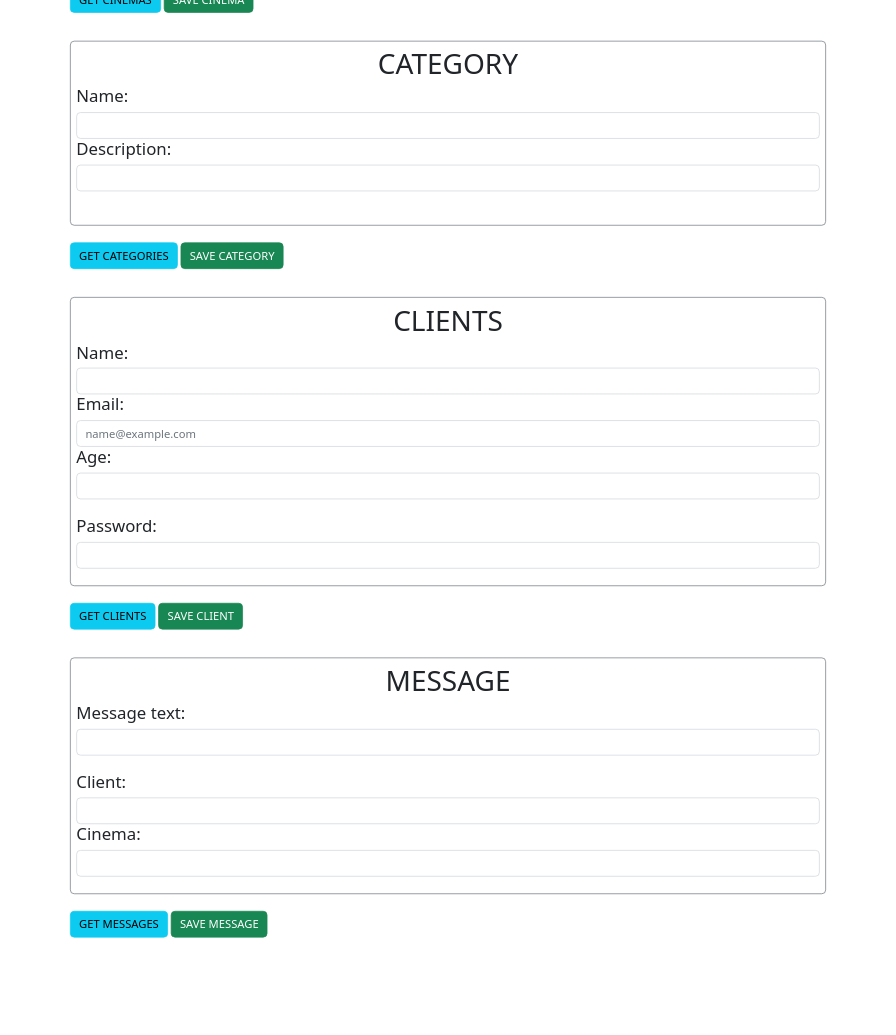
Repository: almendezl/MisionTIC
Page: index.html
The author's editor kept a copy of each file at every save. The page is drawn from the files as they stood at one save, then again after the next save.
The browser window is 1280 px wide. The pictures show the part of the page from y = 656 to 2576 px (the page is 2135 px tall before and 2576 px after), at 70% of full size.

Above is the page before, as saved 2022-10-10 13:17:46.

### index.html
<html lang="en">
<head>
    <meta charset="UTF-8">
    <meta http-equiv="X-UA-Compatible" content="IE=edge">
    <meta name="viewport" content="width=device-width, initial-scale=1.0">
    <link rel="stylesheet" href="styles.css">
    <title>MISION TIC 2022 RETO 2</title>
</head>
<script src="https://cdn.jsdelivr.net/npm/axios/dist/axios.min.js"></script>
<!-- add jquery api -->
<script src="https://ajax.googleapis.com/ajax/libs/jquery/3.6.1/jquery.min.js"></script>
<!-- add bootstrap -->
<link href="https://cdn.jsdelivr.net/npm/bootstrap@5.2.1/dist/css/bootstrap.min.css" rel="stylesheet" integrity="sha384-iYQeCzEYFbKjA/T2uDLTpkwGzCiq6soy8tYaI1GyVh/UjpbCx/TYkiZhlZB6+fzT" crossorigin="anonymous">
<!-- add the file with the script -->
<script type="text/javascript" src="myScript.js"></script>
<body>
    <!-- cinema front -->
    <div class=" p-2 rounded border border-secondary" >
        <h1 class="text-center">CINEMA</h1>
        <form action="">

            <div class="form-group">
                <h4 class="label label-default" >Owner: </h4>
                <input class="form-control" type="text" id="cinemaOwner">
            </div>

            <div class="form-group">
                <h4 class="label label-default" >Capacity: </h4>
                <input class="form-control" type="number" id="cinemaCapacity" >
            </div>

            <div class="form-group">
                <h4 class="label label-default" >Category Id: </h4>
                <input class="form-control" type="number" id="cinemaCategory">
            </div>

            <div class="form-group">
                <h4 class="label label-default" >Name: </h4>
                <input class="form-control" type="text" id="cinemaName"><br>
            </div>
            <div class="form-group">
                <h4 class="label label-default" >Description: </h4>
                <input class="form-control" type="text" id="cinemaDescription"><br>
            </div>

        </form>
    </div>
    <br>
    <div id="cinemaAlert">

    </div>

    <button class="btn btn-info" onclick="getCinemas()">GET CINEMAS</button>

    <button class="btn btn-success" onclick="setCinema()">SAVE CINEMA</button><br>

    <div id="editCinema">
        <br>

    </div>



    <table class="table table-striped" id="cinemasList">

    </table>
<!-- Category front  -->
<div class=" p-2 rounded border border-secondary" >
    <h1 class="text-center">CATEGORY</h1>

    <form action="" >
        <div class="form-group">
            <h4 class="label label-default" >Name: </h4>
            <input class="form-control" type="text" id="categoryName">
        </div>

        <div class="form-group">
            <h4 class="label label-default" >Description: </h4>
            <input class="form-control" type="text" id="categoryDescription"><br>
        </div>


    </form>
</div>
<br>

<div id="categoryAlert">

</div>



<button class="btn btn-info" onclick="getCategory()">GET CATEGORIES</button>

<button class="btn btn-success" onclick="setCategory()">SAVE CATEGORY</button>

<div id="editCategory">
    <br>

</div>

<table class="table table-striped" id="categoryList">


</table>
    <!-- Clients front  -->
    <div class=" p-2 rounded border border-secondary" >
    <h1 class="text-center">CLIENTS</h1>
        <form action="">


            <div class="form-group">
                <h4 class="label label-default" >Name: </h4>
                <input class="form-control" type="text" id="clientName">
            </div>

            <div class="form-group">
                <h4 class="label label-default" >Email: </h4>
                <input class="form-control" type="text" id="clientEmail" placeholder="name@example.com">
            </div>

            <div class="form-group">
                <h4 class="label label-default" >Age: </h4>
                <input class="form-control" type="number" id="clientAge"><br>
            </div>
            <div class="form-group">
                <h4 class="label label-default" >Password: </h4>
                <input class="form-control" type="password" id="clientPassword">
            </div>

        </form>
    </div>
    <br>

    <div id="clientAlert">

    </div>

    <button class="btn btn-info" onclick="getClients()">GET CLIENTS</button>

    <button class="btn btn-success" onclick="setClient()">SAVE CLIENT</button>

    <div id="editClient">
        <br>

    </div>

    <table class="table table-striped" id="clientsList">


    </table>

    <!-- Message front  -->
    <div class=" p-2 rounded border border-secondary" >
        <h1 class="text-center">MESSAGE</h1>

        <form action="" >


            <div class="form-group">
                <h4 class="label label-default" >Message text: </h4>
                <input class="form-control" type="text" id="messageText"><br>
            </div>

            <div class="form-group">
                <h4 class="label label-default" >Client: </h4>
                <input class="form-control" type="number" id="messageClient">
            </div>

            <div class="form-group">
                <h4 class="label label-default" >Cinema: </h4>
                <input class="form-control" type="number" id="messageCinema">
            </div>


        </form>
    </div>
    <br>

    <div id="messageAlert">

    </div>



    <button class="btn btn-info" onclick="getMessages()">GET MESSAGES</button>

    <button class="btn btn-success" onclick="setMessage()">SAVE MESSAGE</button>

    <div id="editMessage">
        <br>

    </div>

    <table class="table table-striped" id="messagesList">


    </table>




</body>
</html>

### styles.css
body {

    padding: 100px 100px;
  }

Loaded but not shown: myScript.js (773 lines, source omitted)

After the next save:
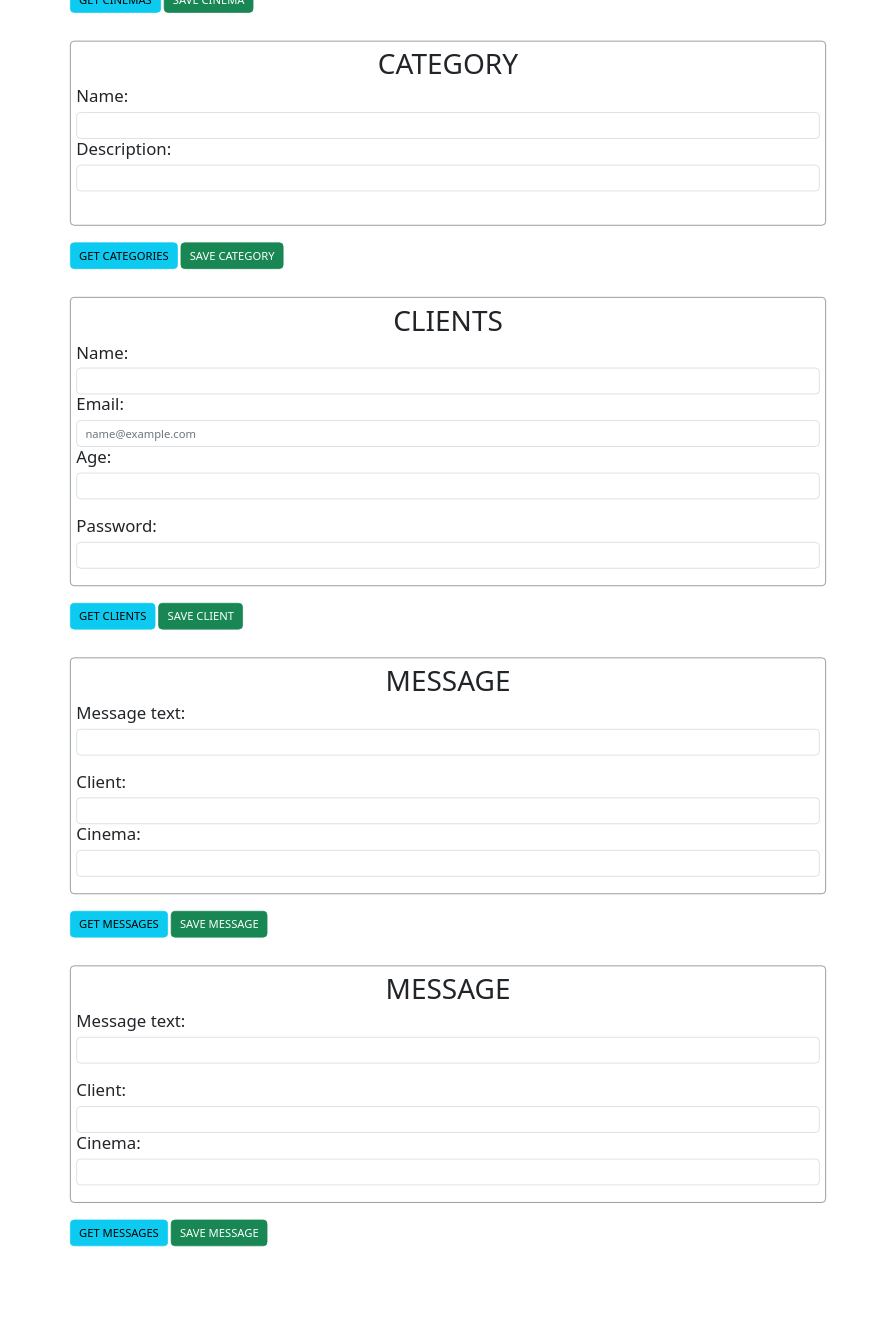
Saved 2 min 12 s later.
--- a/index.html
+++ b/index.html
@@ -197,7 +197,52 @@
 
     </table>
 
-
+<!-- RESERVATION    front  -->
+<div class=" p-2 rounded border border-secondary" >
+    <h1 class="text-center">MESSAGE</h1>
+
+    <form action="" >
+
+
+        <div class="form-group">
+            <h4 class="label label-default" >Message text: </h4>
+            <input class="form-control" type="text" id="messageText"><br>
+        </div>
+
+        <div class="form-group">
+            <h4 class="label label-default" >Client: </h4>
+            <input class="form-control" type="number" id="messageClient">
+        </div>
+
+        <div class="form-group">
+            <h4 class="label label-default" >Cinema: </h4>
+            <input class="form-control" type="number" id="messageCinema">
+        </div>
+
+
+    </form>
+</div>
+<br>
+
+<div id="messageAlert">
+
+</div>
+
+
+
+<button class="btn btn-info" onclick="getMessages()">GET MESSAGES</button>
+
+<button class="btn btn-success" onclick="setMessage()">SAVE MESSAGE</button>
+
+<div id="editMessage">
+    <br>
+
+</div>
+
+<table class="table table-striped" id="messagesList">
+
+
+</table>
 
 
 </body>
